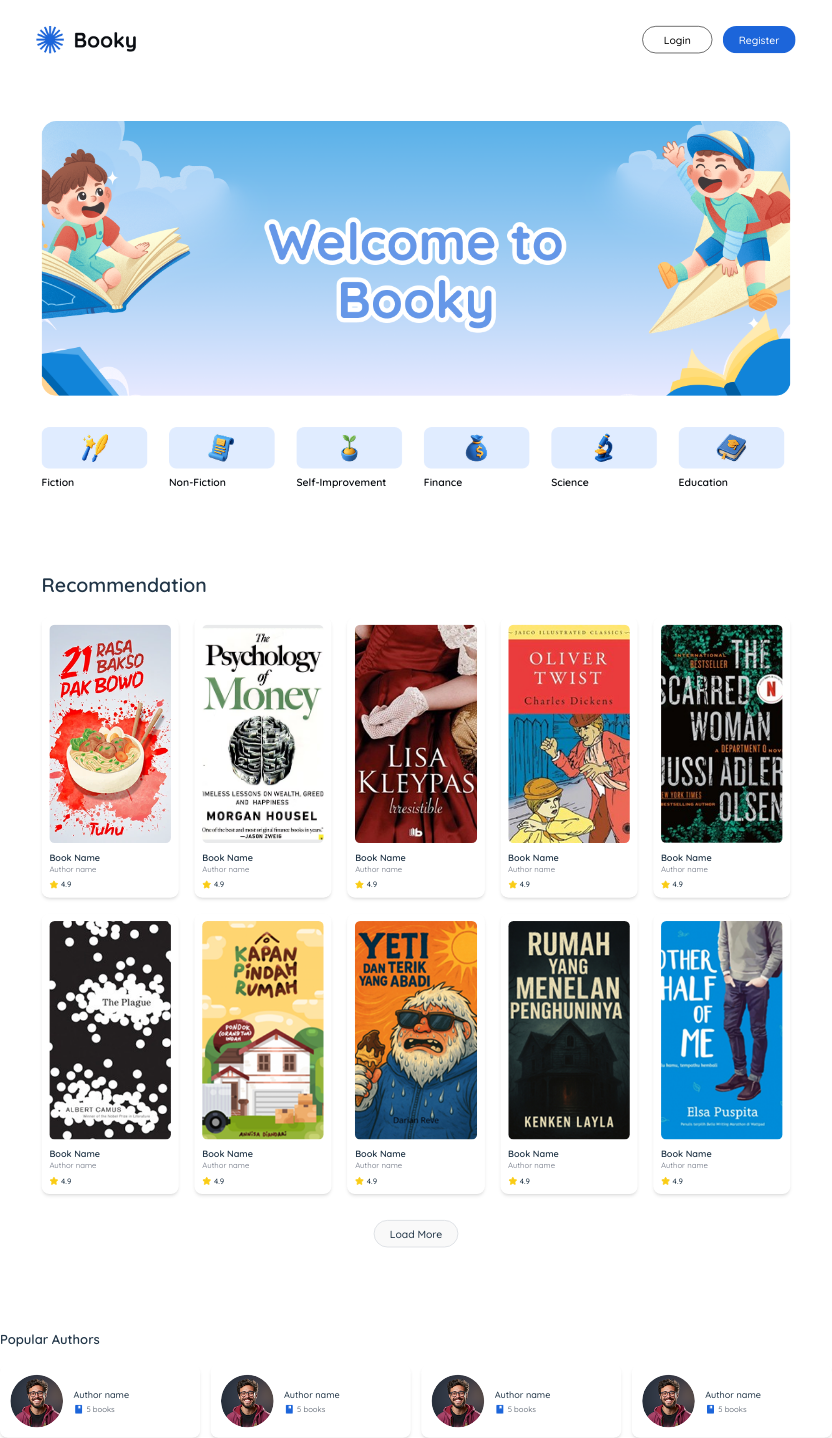
Repository: faridsyafaat/library-app
Page: /
These files come from the project's save history. The page is drawn as it stood at one moment and after the next save; the edit follows.
The browser window is 1280 px wide. The pictures show the whole page, at 65% of full size.
The project was rebuilt for these pictures with package versions that can differ from the ones it lists, and the page was loaded fresh each time. Also part of the build but not shown: vite.config.ts, src/pages/Login.tsx, src/pages/Register.tsx.

Above is the page before, as saved 2025-11-24 21:09:29.

After the next save:
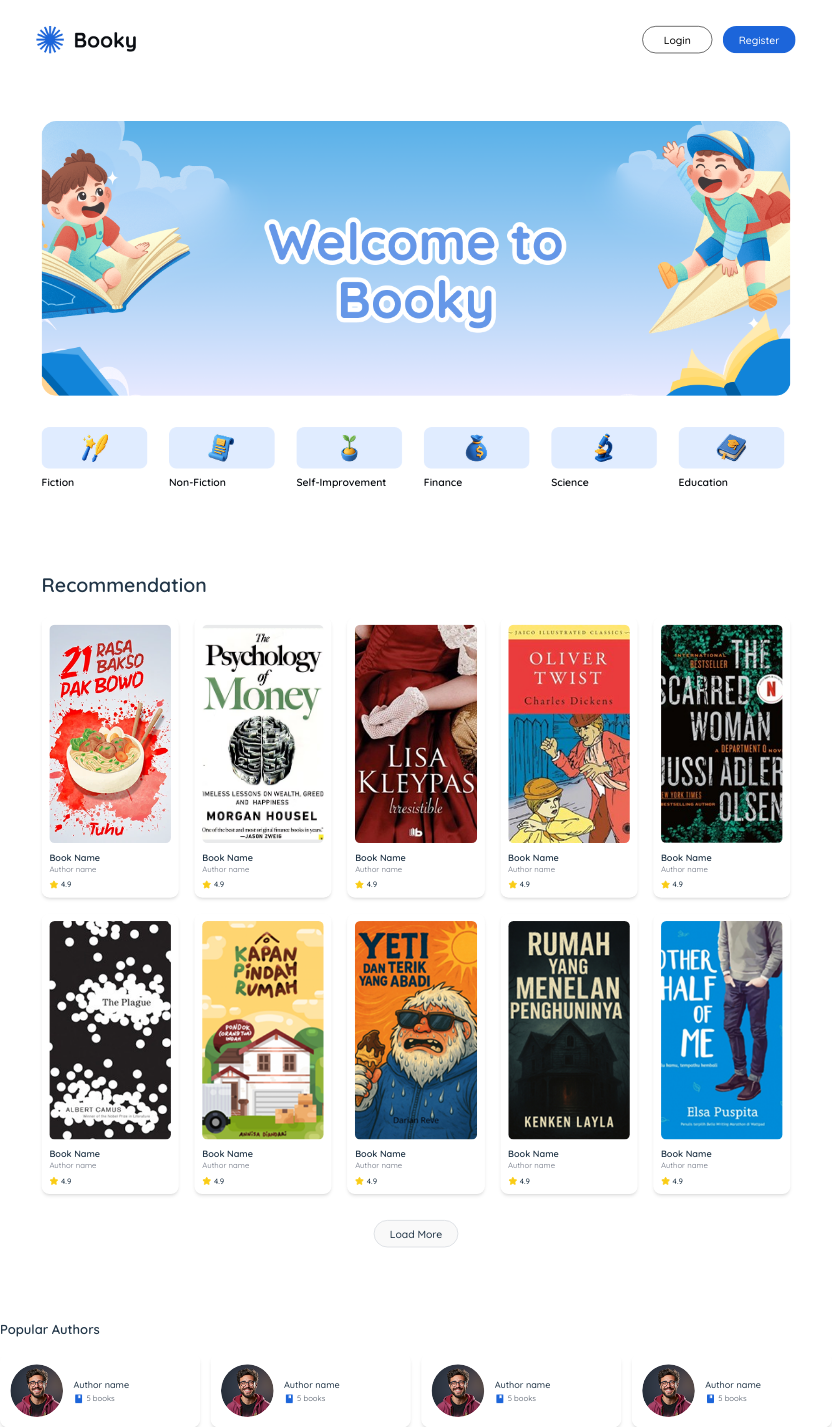
Saved 5 s later.
--- a/src/components/sections/AuthorsSection.tsx
+++ b/src/components/sections/AuthorsSection.tsx
@@ -27,7 +27,7 @@
 
 export default function AuthorsSection() {
   return (
-    <section className="mt-16">
+    <section className="mt-12">
       <h2 className="text-xl font-semibold mb-6">Popular Authors</h2>
 
       <div className="grid grid-cols-1 gap-4 md:grid-cols-2 lg:grid-cols-4">
